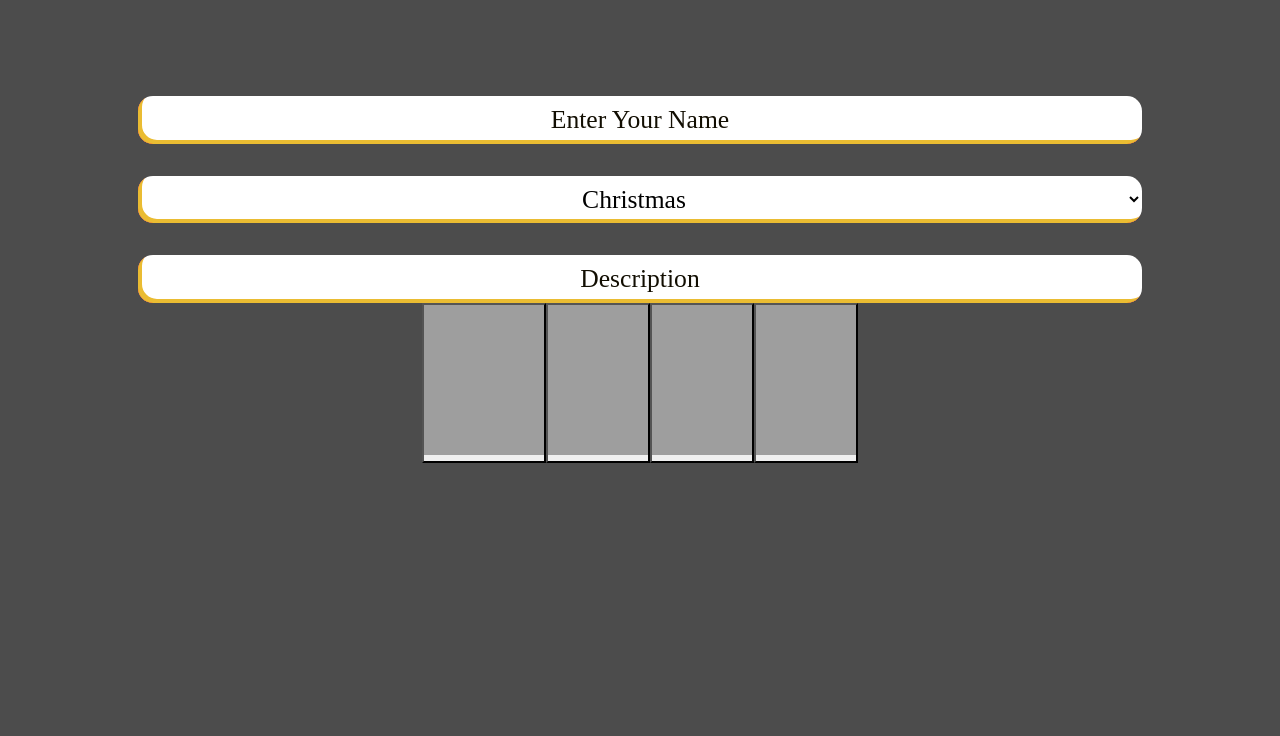
Repository: Haneef-Shaik/Greetings
Page: /
An editor plug-in stored every save of this project. The page is shown before and after the next save, followed by the edit.
The browser window is 1280 px wide. The pictures show the whole page.
Pictures or frames that could not be fetched are drawn as grey boxes. The project was rebuilt for these pictures with package versions that can differ from the ones it lists, and the page was loaded fresh each time. The framework's server and built-in components were replaced by stand-ins that run in the browser. Also part of the build but not shown: next.config.js, styles/card.module.scss, components/card.js, styles/socialShare.module.scss, components/socialShare.js.

Above is the page before, as saved 2021-12-01 21:00:27.

After the next save:
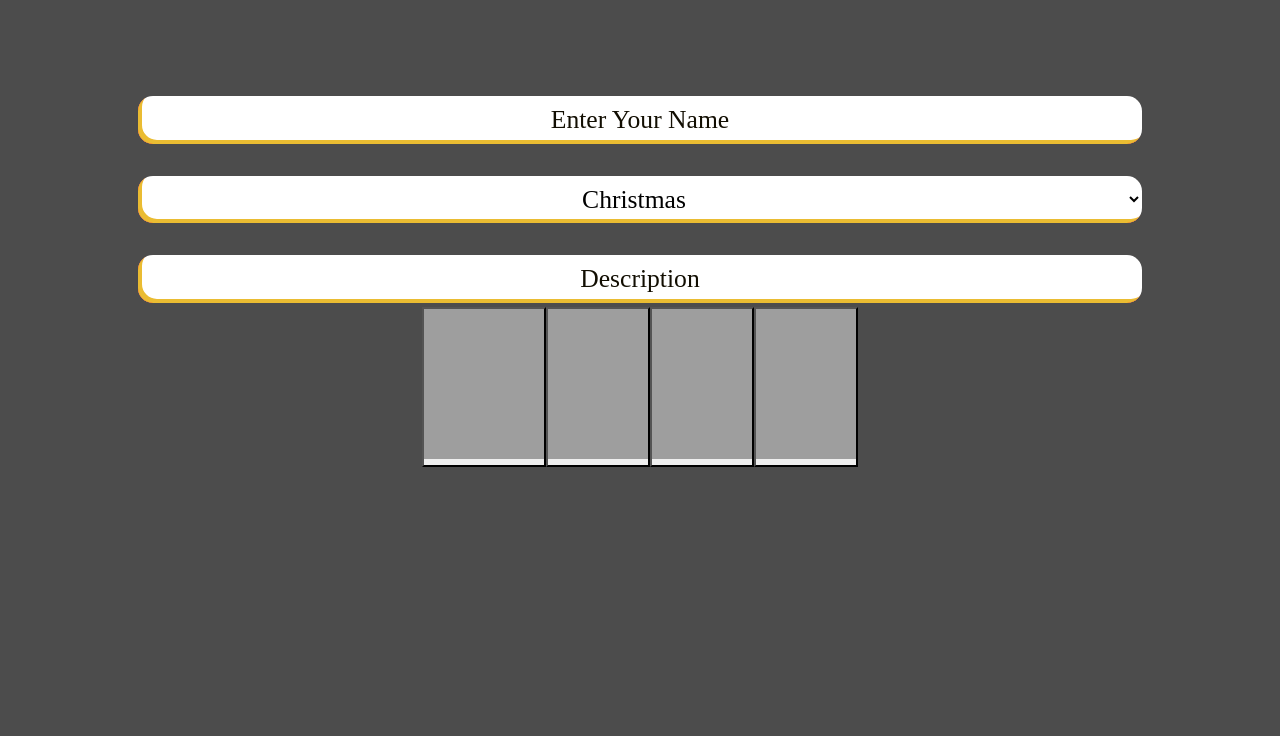
Saved 11 s later.
--- a/components/form.js
+++ b/components/form.js
@@ -26,7 +26,7 @@ function Edit() {
                                 </select>
 
                                 <input type="text" placeholder="Description" className="col-12" optional />
-                                <div className="d-flex justify-content-around align-items-center flex-wrap">
+                                <div className="d-flex justify-content-around align-items-center flex-wrap mt-1">
                                     {/* <label htmlFor="img1">
                                         <IMAGE src='/images/christmas/christmas.png' width={200} height={100} />
                                     </label>
